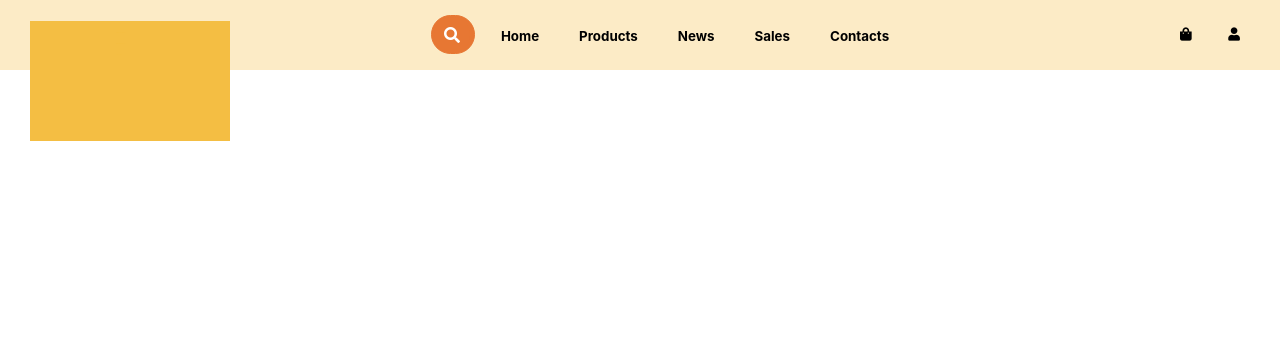
Repository: dinhngocup/TechShop
Page: /
An editor plug-in stored every save of this project. The page is shown before and after the next save, followed by the edit.
The browser window is 1280 px wide. The pictures show the whole page.
Some web libraries are served in a nearby version. The project was rebuilt for these pictures with package versions that can differ from the ones it lists, and the page was loaded fresh each time. Also part of the build but not shown: src/App.css, src/components/news.jsx, src/components/Home/Banner/_banner.scss, src/components/Home/Banner/banner.jsx, src/components/Home/_home.scss, src/components/Home/home.jsx.

Above is the page before, as saved 2021-03-18 00:41:23.

After the next save:
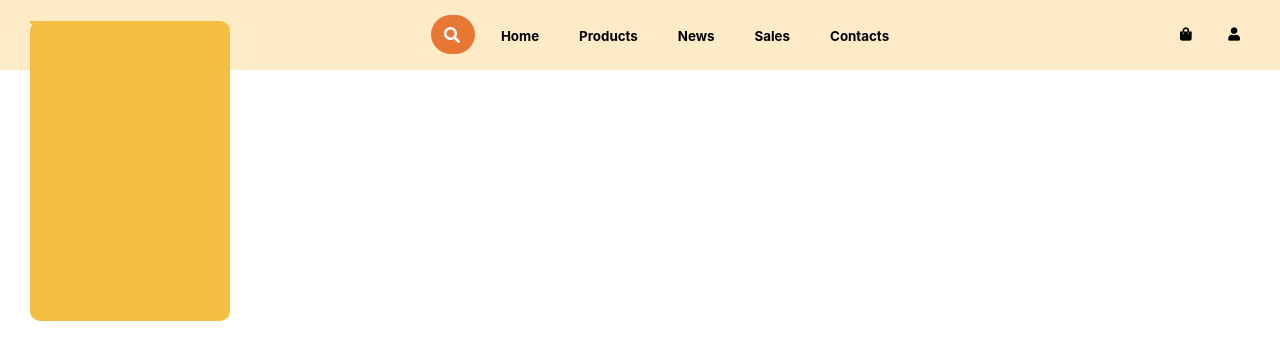
Saved 4 s later.
--- a/src/components/Header/Menu/_menu.scss
+++ b/src/components/Header/Menu/_menu.scss
@@ -23,7 +23,7 @@
             width: 200px;
 
             background-color: rgb(244, 190, 67);
-            border
+            border-radius: 10px;
             li {
                 overflow: visible;
                 height: 60px;
